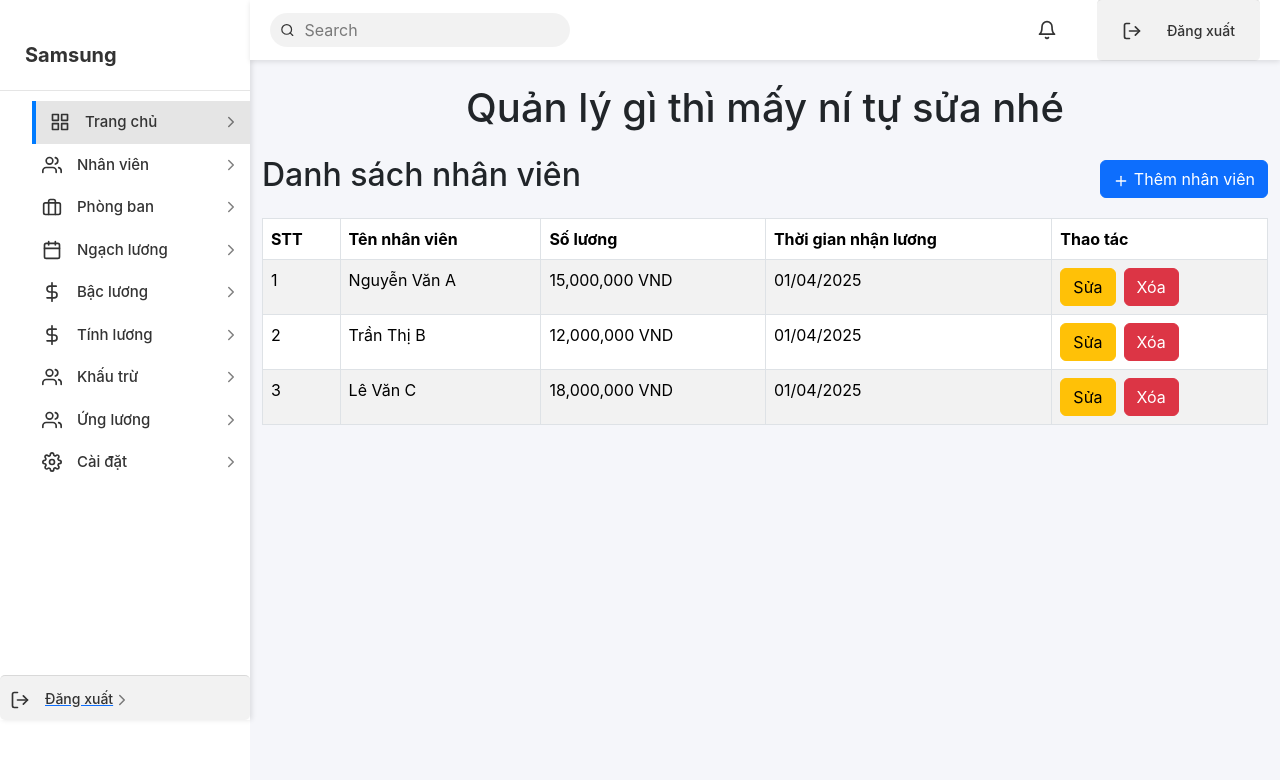
Repository: lenb2109136/HTTTQL
Page: /
These files come from the project's save history. The page is drawn as it stood at one moment and after the next save; the edit follows.
The browser window is 1280 px wide. The pictures show the whole page.
The project was rebuilt for these pictures with package versions that can differ from the ones it lists, and the page was loaded fresh each time.

Above is the page before, as saved 2025-03-28 13:15:20.

After the next save:
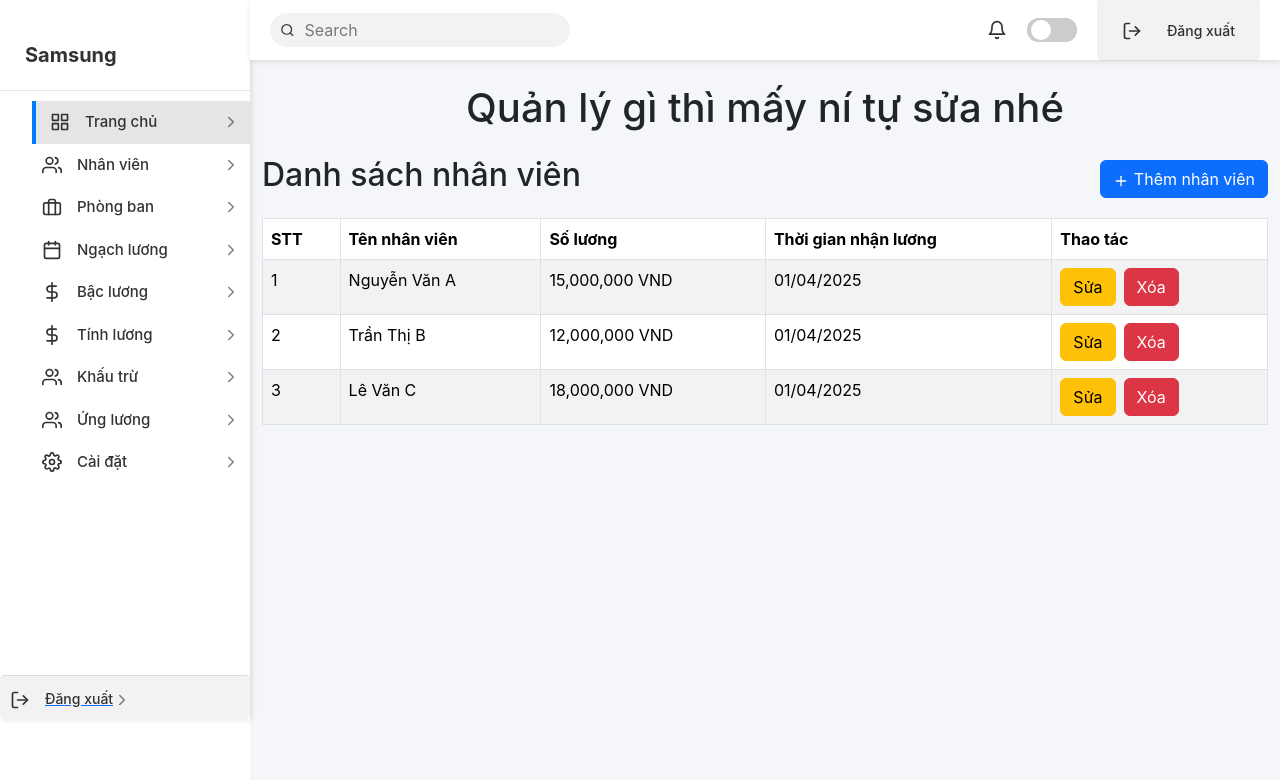
Saved 9 s later.
--- a/src/component/admin/admin-style/Header-Admin.css
+++ b/src/component/admin/admin-style/Header-Admin.css
@@ -141,3 +141,73 @@
   font-size: 18px;
   color: rgba(0, 0, 0, 0.5);
 }
+/* Nút chuyển chế độ sáng/tối */
+.theme-toggle {
+  width: 50px;
+  height: 24px;
+  background: #ccc;
+  border-radius: 50px;
+  position: relative;
+  cursor: pointer;
+  transition: background 0.3s ease;
+}
+
+.theme-toggle .toggle-btn {
+  width: 100%;
+  height: 100%;
+  border-radius: 50px;
+  display: flex;
+  align-items: center;
+  padding: 2px;
+  transition: background 0.3s ease;
+}
+
+.toggle-btn .toggle-circle {
+  width: 20px;
+  height: 20px;
+  background: white;
+  border-radius: 50%;
+  position: absolute;
+  transition: transform 0.3s ease;
+}
+
+/* Khi ở chế độ tối */
+.toggle-btn.dark {
+  background: #333;
+}
+
+.toggle-btn.dark .toggle-circle {
+  transform: translateX(26px);
+}
+
+/* Khi ở chế độ sáng */
+.toggle-btn.light {
+  background: #ccc;
+}
+
+.toggle-btn.light .toggle-circle {
+  transform: translateX(2px);
+}
+
+/* Dark Mode Styles */
+body.dark-mode {
+  background-color: #181818;
+  color: white;
+}
+
+body.dark-mode .header {
+  background: #222;
+}
+
+body.dark-mode .search-bar {
+  background: rgba(255, 255, 255, 0.1);
+}
+
+body.dark-mode .logout-section {
+  background: rgba(255, 255, 255, 0.1);
+}
+
+body.dark-mode .notification-icon,
+body.dark-mode .logout-icon {
+  color: white;
+}
